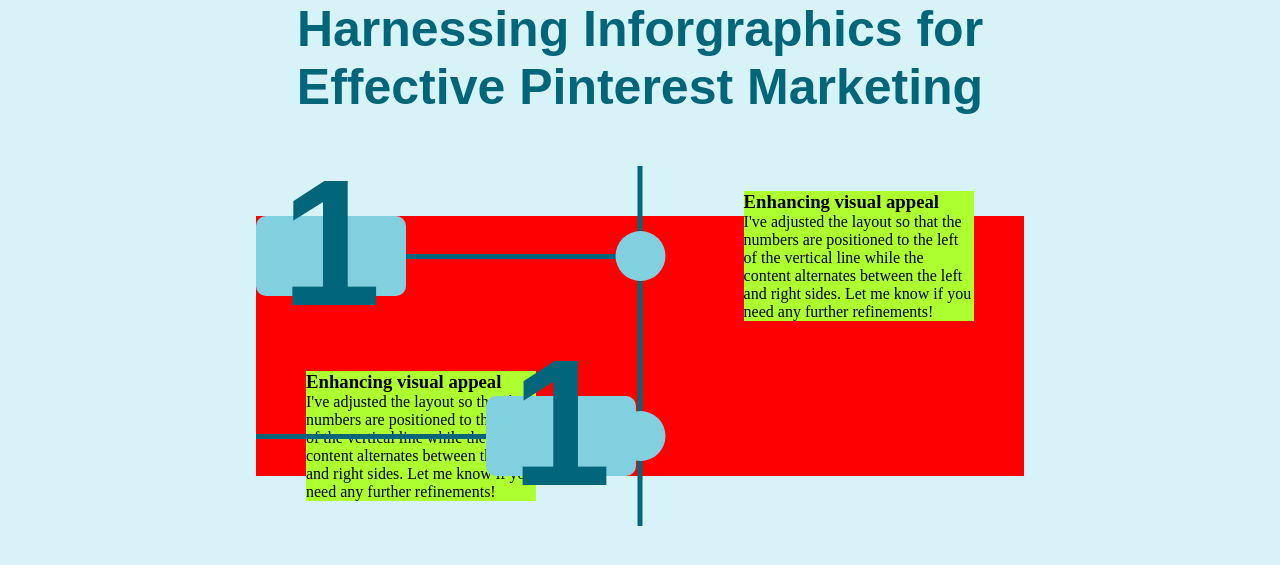
Repository: ayushrajput545/InforGraphic-page
Page: index.html
The author's editor kept a copy of each file at every save. The page is drawn from the files as they stood at one save, then again after a run of saves.
The browser window is 1280 px wide. The pictures show the whole page.
Some web fonts or font styles are not loaded; a fallback is used.

Above is the page before, as saved 2025-04-01 23:06:39.

After the next 2 saves:
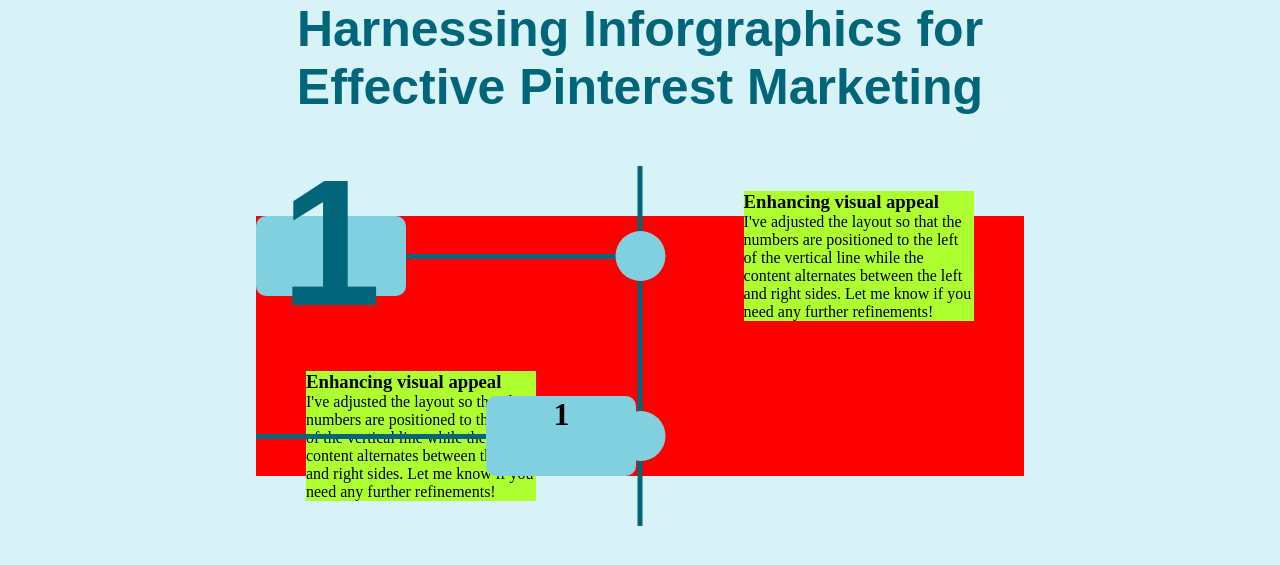
The 2 saves are shown as one change because they came seconds apart.
The last was saved 59 s later.
--- a/index.html
+++ b/index.html
@@ -55,7 +55,7 @@
 
 
             <div class="overlap-even">
-                <h1 class="steps">1</h1>
+                <h1 class="steps-even">1</h1>
             </div>
 
 

After the 3 saves that followed:
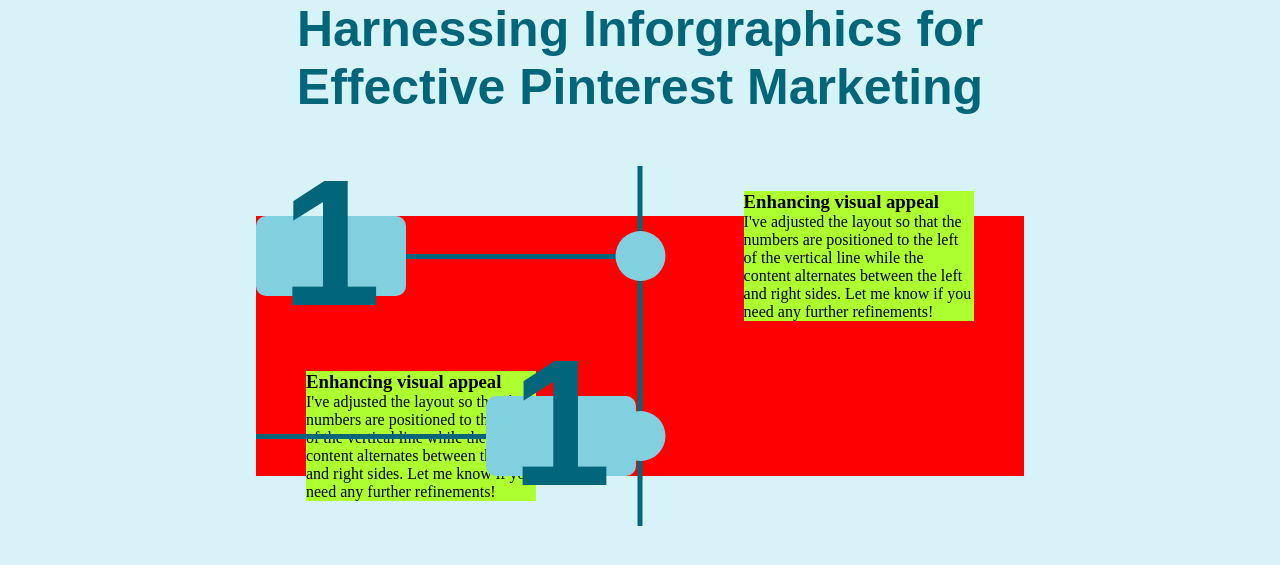
The 3 saves are shown as one change because they came seconds apart.
The last was saved 18 s later.
--- a/style.css
+++ b/style.css
@@ -111,6 +111,16 @@
     border-radius: 10px;
 }
 
+.steps-even{
+    font-family: "Protest Riot", sans-serif;
+    font-size: 180px;
+    font-weight: bold;
+    color: #02667a;
+    position: absolute;
+    z-index: 2;
+    bottom: -50px;
+}
+
 
 .line-horizontal-right{
     background-color: #02667a;
